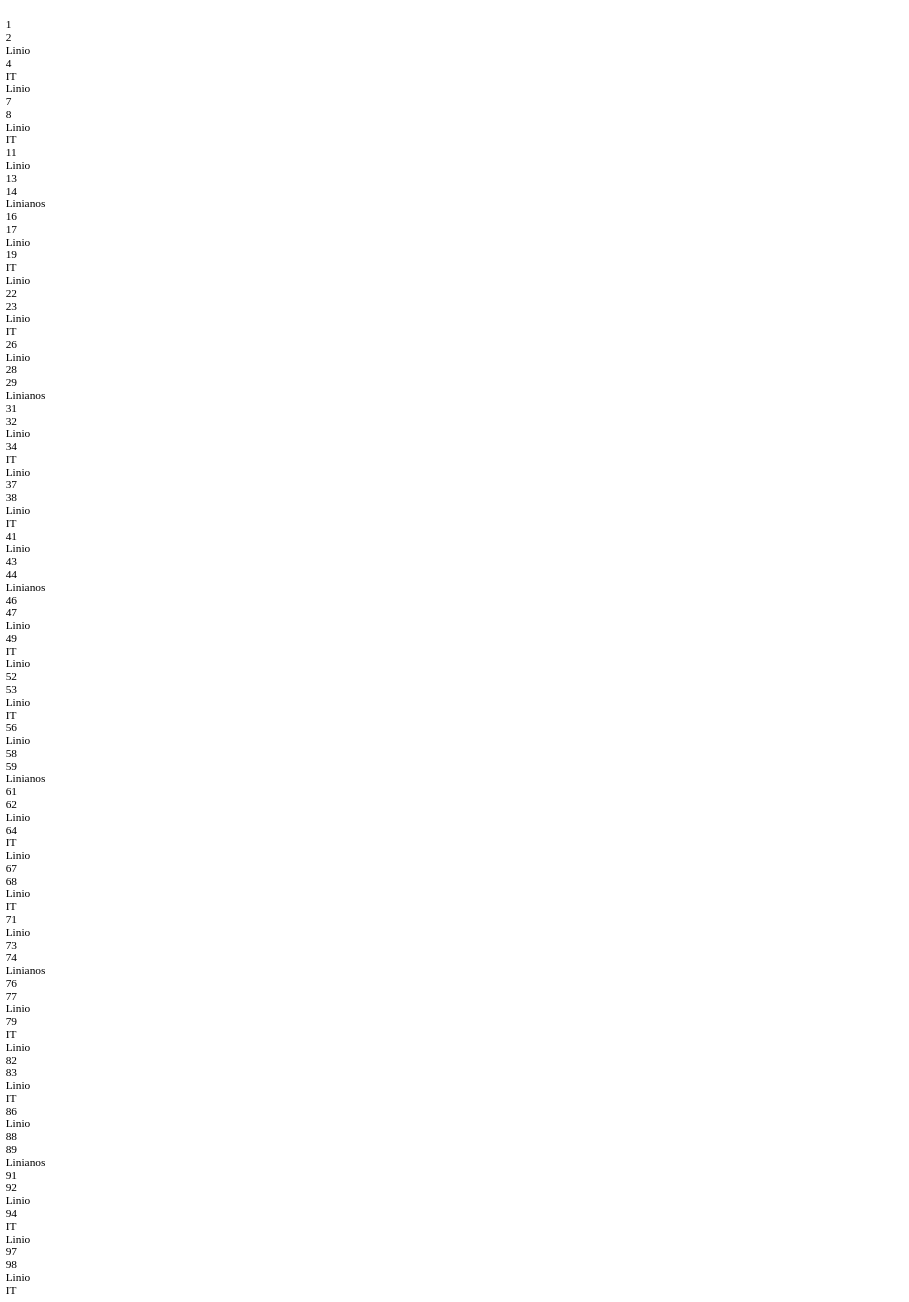
Repository: mallu266/Mallikarjun
Page: http://localhost/
The author's editor kept a copy of each file at every save. The page is drawn from the files as they stood at one save, then again after the next save.
The browser window is 1280 px wide. The pictures show the whole page, at 71% of full size.
The page is served by the project's Laravel application, run on PHP 8.4 with Laravel 8. Other server files are loaded and not shown.

Above is the page before, as saved 2020-02-06 18:39:29.

### routes/web.php
<?php

/*
|--------------------------------------------------------------------------
| Web Routes
|--------------------------------------------------------------------------
|
| Here is where you can register web routes for your application. These
| routes are loaded by the RouteServiceProvider within a group which
| contains the "web" middleware group. Now create something great!
|
*/

Route::get('/', function () {


    // Number From 1 to 100.
    $var = range(1, 100);
 foreach ($var as &$number) {


    //  If count 1
    if($number % 15 == 0)  {
        echo "<br>Linianos";
    } elseif ($number % 5 == 0) {
        echo "<br>IT";
    } elseif ($number % 3 == 0) {
        echo "<br>Linio";
    }else{
        echo "<br>".$number;
    }
}

});

After the next save:
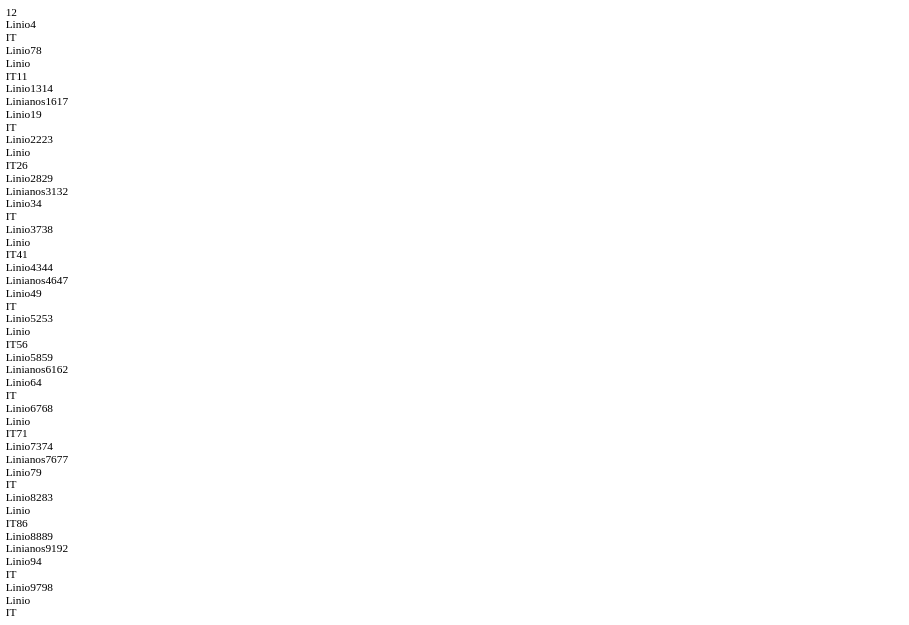
Saved 88 s later.
--- a/routes/web.php
+++ b/routes/web.php
@@ -24,10 +24,8 @@
         echo "<br>Linianos";
     } elseif ($number % 5 == 0) {
         echo "<br>IT";
-    } elseif ($number % 3 == 0) {
-        echo "<br>Linio";
     }else{
-        echo "<br>".$number;
+        echo ($number % 3 == 0)?"<br>Linio":$number;
     }
 }
 
